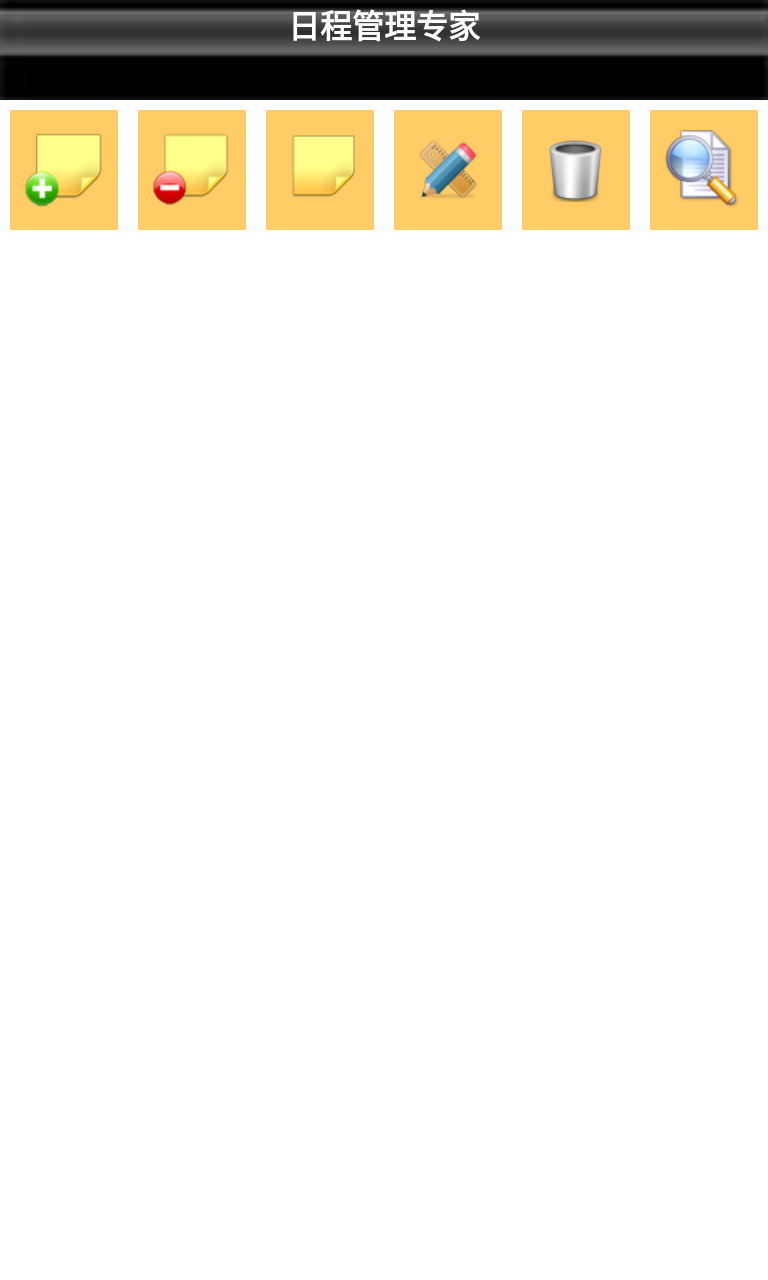
Repository: gogolaile/CoolWeather
Layout: DayDel/res/layout/activity_main.xml
The author's editor kept a copy of each file at every save. The layout is drawn from the files as they stood at one save, then again after the next save.
It is drawn on a 768 x 1280 px phone screen (xhdpi) without system bars, with theme android:Theme.NoTitleBar.Fullscreen; the app's code is not run. Lists and similar views that code fills are empty.

Above is the layout before, as saved 2015-12-04 09:41:20.

### DayDel/res/layout/activity_main.xml
<LinearLayout xmlns:android="http://schemas.android.com/apk/res/android"
    android:layout_width="match_parent"
    android:layout_height="match_parent"
    android:background="#FFFF"
    android:orientation="vertical">

    <FrameLayout
        android:layout_width="match_parent"
        android:layout_height="50dp"
        android:background="@drawable/title">
    <TextView
        android:layout_width="wrap_content"
        android:layout_height="wrap_content"
        android:text="@string/day_manager"
        android:textSize="16sp"
        android:textColor="#FFFF"
        android:textStyle="bold"
        android:layout_gravity="center_horizontal"
        />
     </FrameLayout>
     <LinearLayout
         android:layout_width="match_parent"
         android:layout_height="wrap_content"
         android:orientation="horizontal">
         <ImageButton
             android:id = "@+id/newone_b"
             android:layout_width="0dp"
             android:layout_height="60dp"
             android:layout_weight="1"
             android:layout_margin="5dp"
             android:padding="20dp"
             android:background="#FFCC66"
             android:src="@drawable/newone"/>
          <ImageButton
             android:id = "@+id/delete_b"
             android:layout_width="0dp"
             android:layout_height="60dp"
             android:layout_weight="1"
             android:layout_margin="5dp"
             android:padding="20dp"
             android:background="#FFCC66"
             android:src="@drawable/delete"/>
           <ImageButton
             android:id = "@+id/check_b"
             android:layout_width="0dp"
             android:layout_height="60dp"
             android:layout_weight="1"
             android:layout_margin="5dp"
             android:padding="20dp"
             android:background="#FFCC66"
             android:src="@drawable/check"/>
            <ImageButton
             android:id = "@+id/edit_b"
             android:layout_width="0dp"
             android:layout_height="60dp"
             android:layout_weight="1"
             android:layout_margin="5dp"
             android:padding="20dp"
             android:background="#FFCC66"
             android:src="@drawable/edit"/>
           <ImageButton
             android:id = "@+id/deleteall_b"
             android:layout_width="0dp"
             android:layout_height="60dp"
             android:layout_weight="1"
             android:layout_margin="5dp"
             android:padding="20dp"
             android:background="#FFCC66"
             android:src="@drawable/deleteall"/>
           <ImageButton
             android:id = "@+id/search_b"
             android:layout_width="0dp"
             android:layout_height="60dp"
             android:layout_weight="1"
             android:layout_margin="5dp"
             android:padding="20dp"
             android:background="#FFCC66"
             android:src="@drawable/search"/>
     </LinearLayout>
</LinearLayout>

### DayDel/res/values/strings.xml
<?xml version="1.0" encoding="utf-8"?>
<resources>

    <string name="app_name">DayDel</string>
    <string name="hello_world">Hello world!</string>
    <string name="action_settings">Settings</string>
    <string name="day_manager">日程管理专家</string>

</resources>

After the next save:
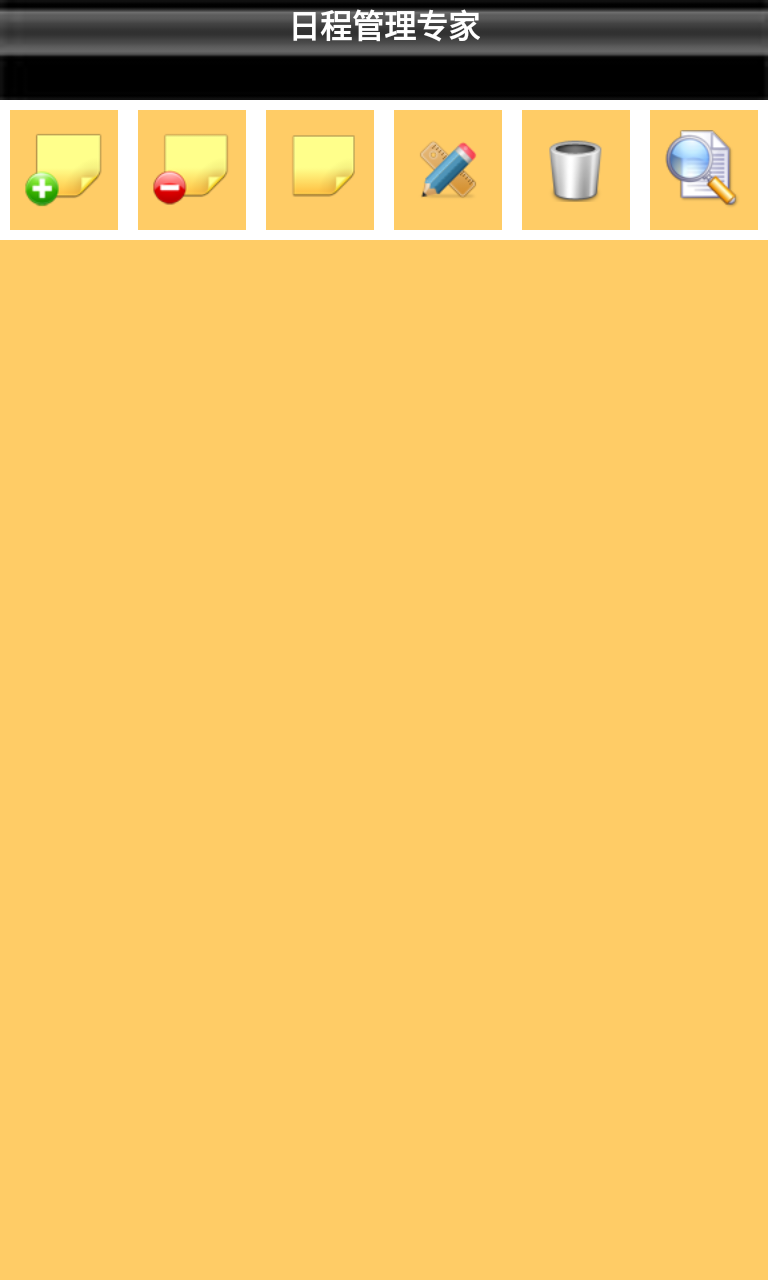
Saved 2 min 16 s later.
--- a/DayDel/res/layout/activity_main.xml
+++ b/DayDel/res/layout/activity_main.xml
@@ -77,4 +77,9 @@
              android:background="#FFCC66"
              android:src="@drawable/search"/>
      </LinearLayout>
+     <ListView
+             android:layout_width="match_parent"
+             android:layout_height="match_parent"
+             android:background="#FFCC66">
+     </ListView>
 </LinearLayout>
